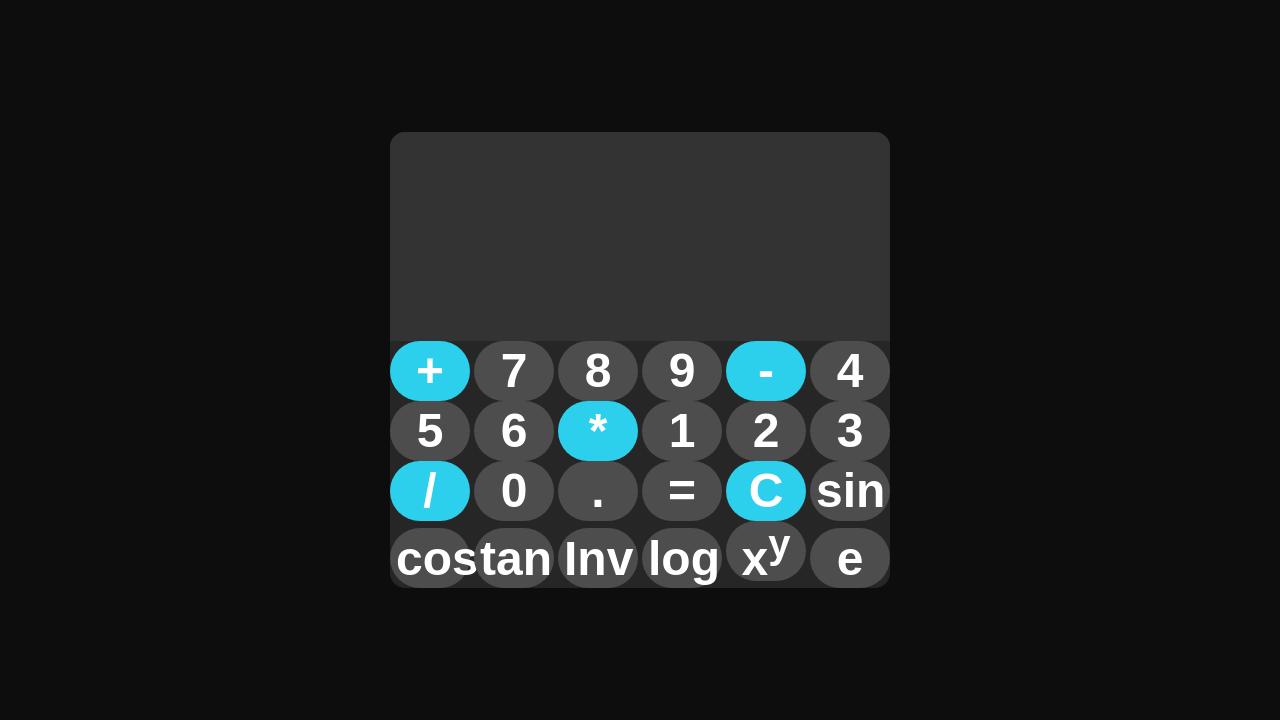
Repository: Haakim19/JavaScript
Page: Calculater/Main.html
These files come from the project's save history. The page is drawn as it stood at one moment and after the next save; the edit follows.
The browser window is 1280 px wide. The pictures show the whole page.

Above is the page before, as saved 2024-10-23 10:09:56.

After the next save:
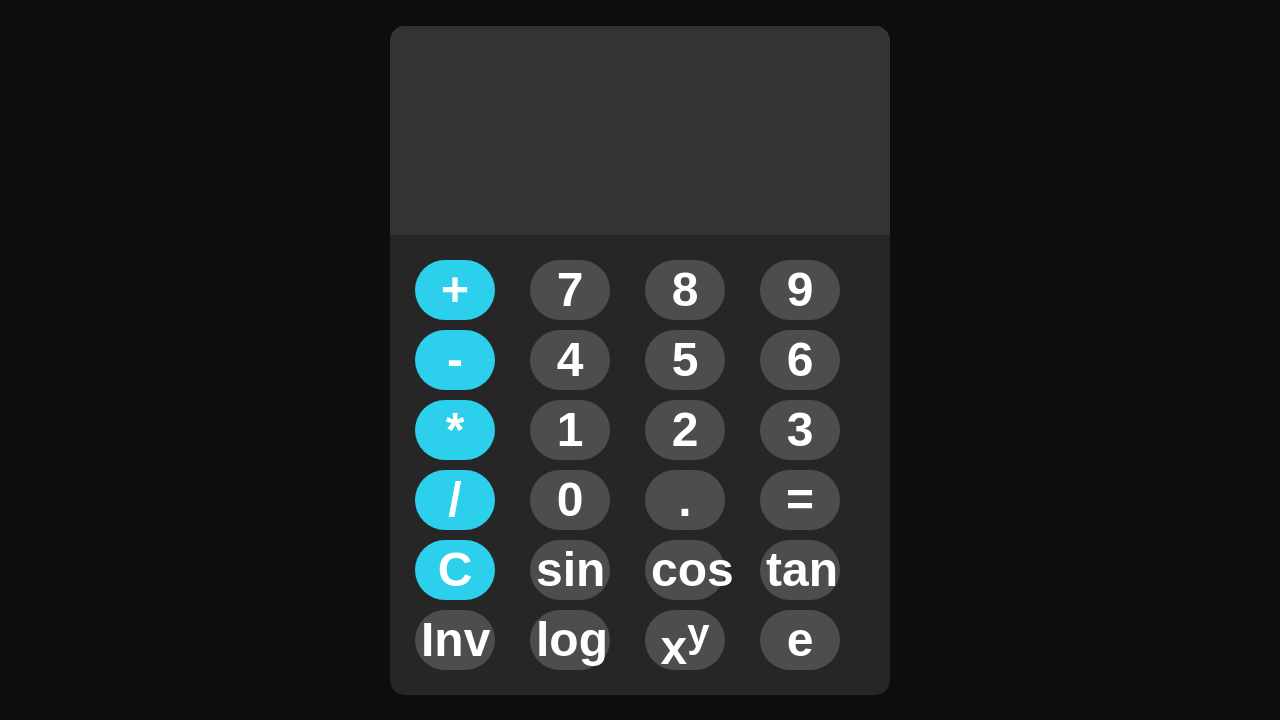
Saved 15 s later.
--- a/Calculater/Main.css
+++ b/Calculater/Main.css
@@ -49,7 +49,7 @@ body{
     background-color: hsl(0, 0%, 20%);
 
 }
-#keys-normal{
+#keys{
     display: grid;
     grid-template-columns: repeat(4, 1fr);
     gap: 10px;
